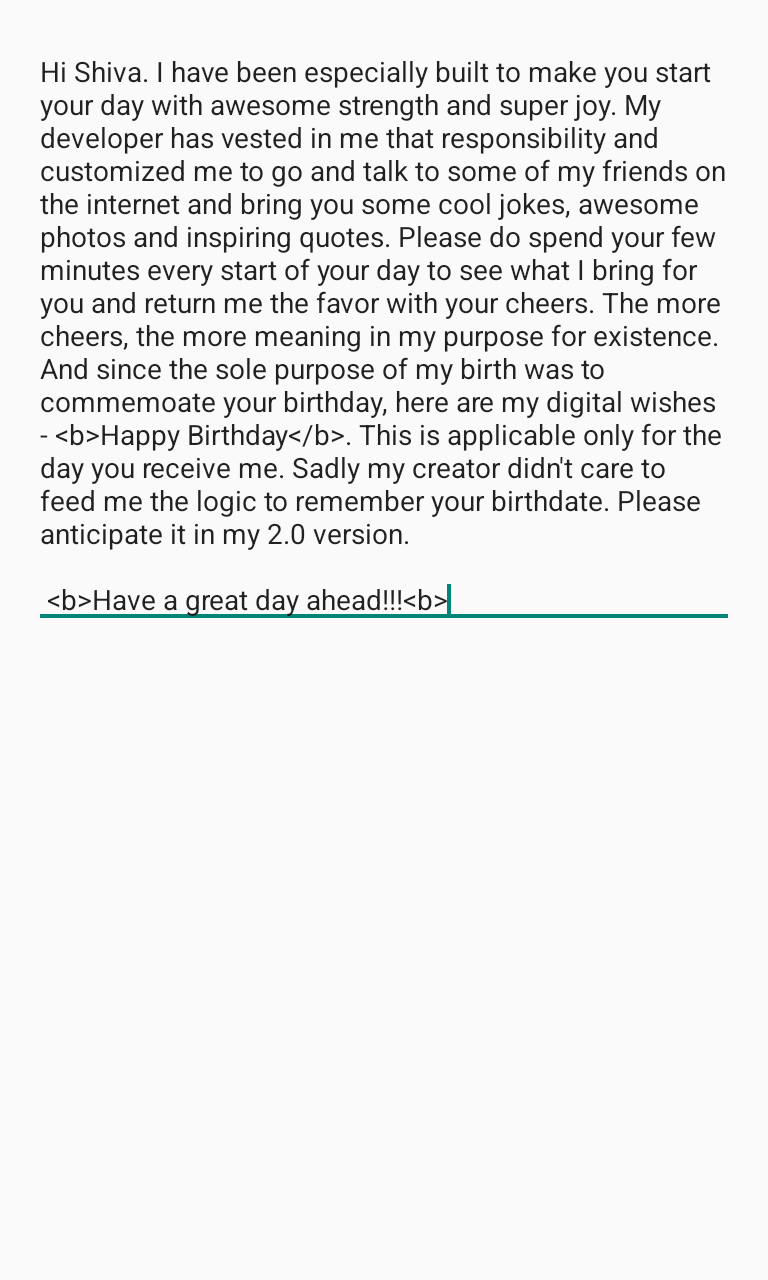
Repository: gitvas/FewMinutesEveryday
Layout: WorkspaceOne/FewMinutesEveryday/res/layout/activity_main.xml
These files come from the project's save history. The layout is drawn as it stood at one moment and after the next save; the edit follows.
It is drawn on a 768 x 1280 px phone screen (xhdpi) without system bars, with theme AppTheme; the app's code is not run.

Above is the layout before, as saved 2014-08-18 16:19:14.

### WorkspaceOne/FewMinutesEveryday/res/layout/activity_main.xml
<RelativeLayout xmlns:android="http://schemas.android.com/apk/res/android"
    xmlns:tools="http://schemas.android.com/tools"
    android:layout_width="match_parent"
    android:layout_height="match_parent"
    android:paddingBottom="@dimen/activity_vertical_margin"
    android:paddingLeft="@dimen/activity_horizontal_margin"
    android:paddingRight="@dimen/activity_horizontal_margin"
    android:paddingTop="@dimen/activity_vertical_margin"
    tools:context="com.sreenivas.fewminuteseveryday.MainActivity" >

    <EditText
        android:id="@+id/editText1"
        android:layout_width="fill_parent"
        android:layout_height="wrap_content"
        android:layout_centerHorizontal="true"
        android:textSize="14sp"
        android:ems="10"
        android:inputType="textMultiLine"
        android:text="@string/intro_text" >

        <requestFocus />
    </EditText>

</RelativeLayout>

### WorkspaceOne/FewMinutesEveryday/res/values/strings.xml
<?xml version="1.0" encoding="utf-8"?>
<resources>

    <string name="app_name">FewMinutesEveryday</string>
    <string name="action_settings">Settings</string>
    <string name="intro_text">Hi Shiva. I have been especially built to make you start your day with awesome strength and super joy. My developer has vested in me that responsibility and customized me to go and talk to some of my friends on the internet and bring you some cool jokes, awesome photos and inspiring quotes. Please do spend your few minutes every start of your day to see what I bring for you and return me the favor with your cheers. The more cheers, the more meaning in my purpose for existence. \nAnd since the sole purpose of my birth was to commemoate your birthday, here are my digital wishes - &lt;b&gt;Happy Birthday&lt;/b&gt;. This is applicable only for the day you receive me. Sadly my creator didn\'t care to feed me the logic to remember your birthdate. Please anticipate it in my 2.0 version. \n\n \&lt;b\&gt;Have a great day ahead!!!\&lt;\b\&gt;</string>

</resources>

Loaded but not shown: WorkspaceOne/FewMinutesEveryday/res/values/styles.xml (common file); WorkspaceOne/FewMinutesEveryday/res/values-v11/styles.xml (common file); WorkspaceOne/FewMinutesEveryday/res/values-v14/styles.xml (common file); WorkspaceOne/FewMinutesEveryday/res/values/dimens.xml (common file); WorkspaceOne/FewMinutesEveryday/res/values-w820dp/dimens.xml (common file)

After the next save:
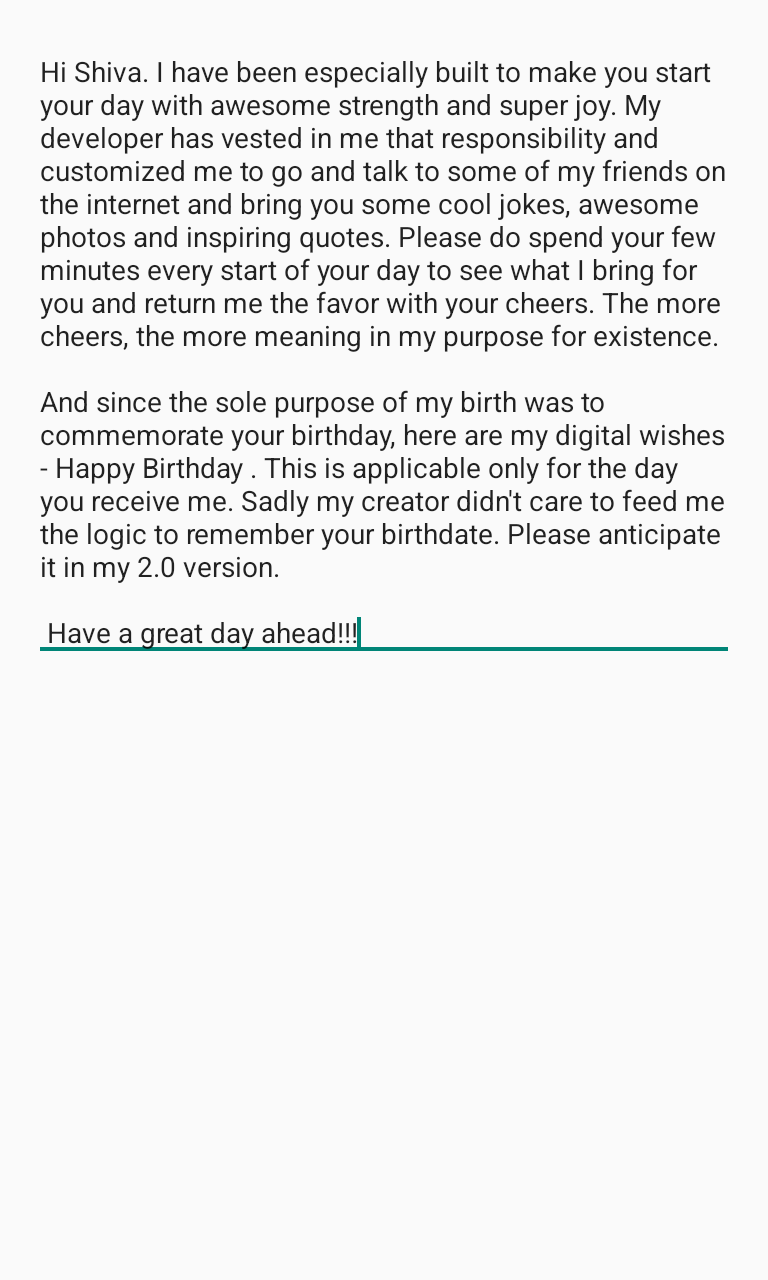
Saved 83 s later.
--- a/WorkspaceOne/FewMinutesEveryday/res/values/strings.xml
+++ b/WorkspaceOne/FewMinutesEveryday/res/values/strings.xml
@@ -3,6 +3,6 @@
 
     <string name="app_name">FewMinutesEveryday</string>
     <string name="action_settings">Settings</string>
-    <string name="intro_text">Hi Shiva. I have been especially built to make you start your day with awesome strength and super joy. My developer has vested in me that responsibility and customized me to go and talk to some of my friends on the internet and bring you some cool jokes, awesome photos and inspiring quotes. Please do spend your few minutes every start of your day to see what I bring for you and return me the favor with your cheers. The more cheers, the more meaning in my purpose for existence. \nAnd since the sole purpose of my birth was to commemoate your birthday, here are my digital wishes - &lt;b&gt;Happy Birthday&lt;/b&gt;. This is applicable only for the day you receive me. Sadly my creator didn\'t care to feed me the logic to remember your birthdate. Please anticipate it in my 2.0 version. \n\n \&lt;b\&gt;Have a great day ahead!!!\&lt;\b\&gt;</string>
+    <string name="intro_text">Hi Shiva. I have been especially built to make you start your day with awesome strength and super joy. My developer has vested in me that responsibility and customized me to go and talk to some of my friends on the internet and bring you some cool jokes, awesome photos and inspiring quotes. Please do spend your few minutes every start of your day to see what I bring for you and return me the favor with your cheers. The more cheers, the more meaning in my purpose for existence. \n\nAnd since the sole purpose of my birth was to commemorate your birthday, here are my digital wishes - Happy Birthday . This is applicable only for the day you receive me. Sadly my creator didn\'t care to feed me the logic to remember your birthdate. Please anticipate it in my 2.0 version. \n\n Have a great day ahead!!!</string>
 
 </resources>
